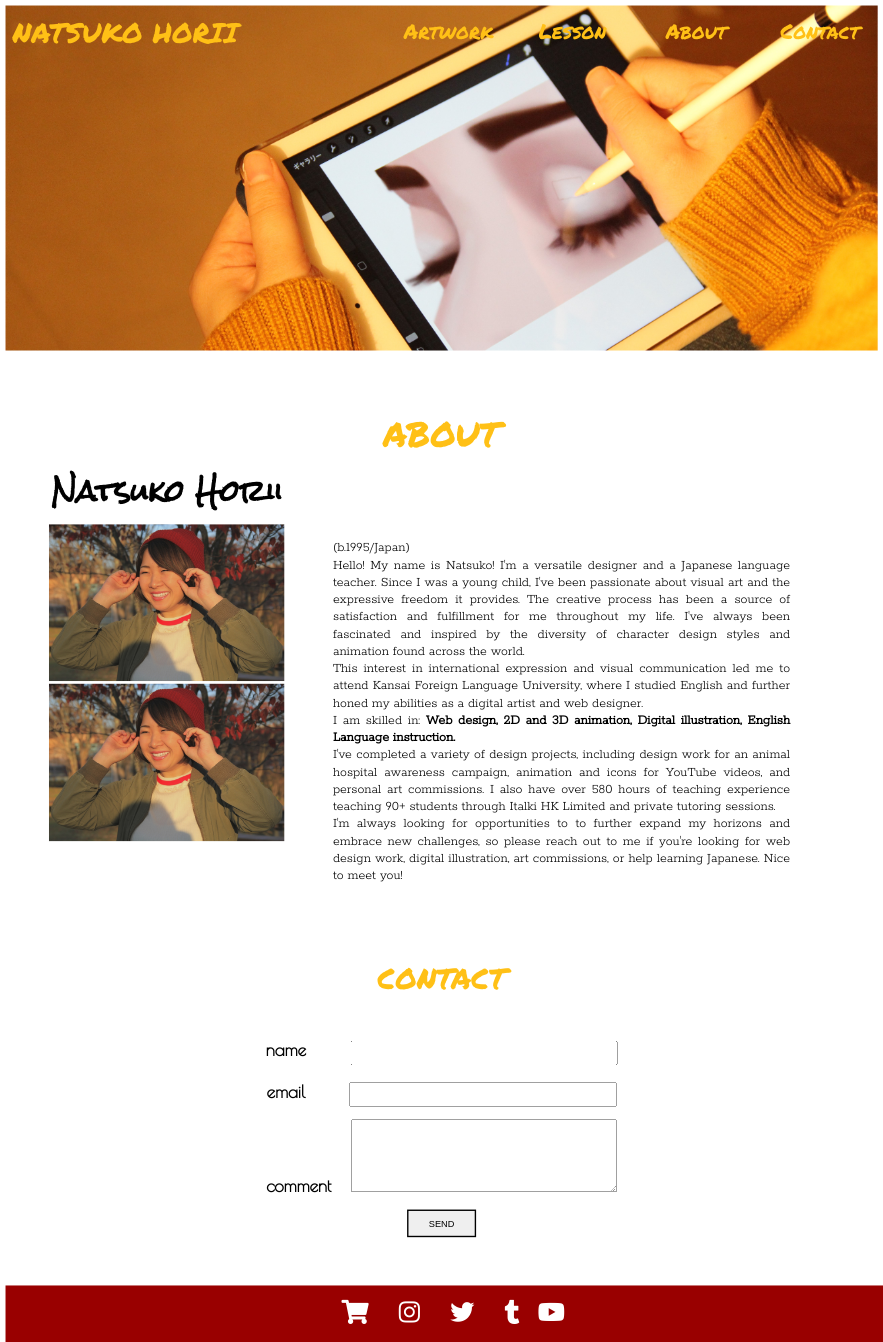
Repository: Natsuko0920/natsukohorii.github.io
Page: toppage/index.html
The author's editor kept a record of every edit. The page is drawn from the files as they stood at one moment, then again after the next edit.
The browser window is 1280 px wide. The pictures show the whole page, at 69% of full size.
Some web libraries are served in a nearby version.

Above is the page before.

### toppage/index.html
<!DOCTYPE html>
<html lang="ja">
<!--head-->
<head>
    <meta charset="utf-8">
    <title>NATSUKO HORII | ホリイ ナツコ</title>
    <meta name="description" content="Japanese artist / teacher / web designer / youtuber / creater ">
    <meta name="keywords" content="Natsuko Horii,natsukohorii,Horii Natsuko,ホリイナツコ,Japanese artist,artist,japanese illustrator,illustrator,イラストレーター,japanese teacher,naccchan sensei,なっちゃんせんせい,なっちゃん,nacchan,japanese youtuber">
    <meta name="viewport" content="width=device-width, initial-scale=1">
    <link rel="stylesheet" href="https://use.fontawesome.com/releases/v5.3.1/css/all.css" integrity="sha384-mzrmE5qonljUremFsqc01SB46JvROS7bZs3IO2EmfFsd15uHvIt+Y8vEf7N7fWAU" crossorigin="anonymous">
<!--put google font,font awesome-->
    <link href="https://fonts.googleapis.com/css?family=Permanent+Marker" rel="stylesheet">
    <link href="https://fonts.googleapis.com/css?family=Rock+Salt" rel="stylesheet">
    <link href="https://fonts.googleapis.com/css?family=Rokkitt:300" rel="stylesheet">
    <link href="https://fonts.googleapis.com/css?family=Poiret+One" rel="stylesheet">
    <meta http-equiv="Content-Type" content="text/html; charset=utf-8" />
    <link rel="stylesheet" href="index.css">
</head>
<!--header-->
<body>
    <header>
         <div class="title">
                      <div class="sign"><a href="../toppage/index.html">NATSUKO HORII</a></div>
        </div>
        <ul id="nav">
          <li><a href="../artwork/artwork.html" class="menubox">Artwork</a></li>
          <li><a href="../lesson/lesson.html" class="menubox">Lesson</a></li>
          <li><a href="#about" class="menubox">About</a></li>
          <li><a href="#contact" class="menubox">Contact</a></li>
         </ul>
    </header>
<main>
    <div class="toppage">
        <img src="../toppage/topimage.jpg">
    </div>
<!--about me-->
    <div class="titleabout" id="about">ABOUT</div>
    <div class="about">
      <div class="box1">
        <h1>Natsuko Horii</h1>
        <img class="profile" src="../toppage/profile2.jpg">
        <br>
                <img class="profile" src="../toppage/profile2.jpg">
      </div>
      <div class="box2">
         <h2>
             (b.1995/Japan)
             <br>Hello! My name is Natsuko! I'm a versatile designer and a Japanese language teacher. Since I was a young child, I've been passionate about visual art and the expressive freedom it provides. The creative process has been a source of satisfaction and fulfillment for me throughout my life.
I've always been fascinated and inspired by the diversity of character design styles and animation found across the world.
<br>This interest in international expression and visual communication led me to attend Kansai Foreign Language University, where I studied English and further honed my abilities as a digital artist and web designer.
<br>I am skilled in: <b>Web design, 2D and 3D animation, Digital illustration, English Language instruction.</b>
<br>I've completed a variety of design projects, including design work for an animal hospital awareness campaign, animation and icons for YouTube videos, and personal art commissions. I also have over 580 hours of teaching experience teaching 90+ students through Italki HK Limited and private tutoring sessions.
<br>I'm always looking for opportunities to to further expand my horizons and embrace new challenges, so please reach out to me if you're looking for web design work, digital illustration, art commissions, or help learning Japanese. Nice to meet you!
         </h2>
      </div>
    </div>
<!--contact-->
    <div class="contact">
        <div class="titleabout" id="contact">contact</div>
        <div class="box3">
        <form action="https://docs.google.com/forms/d/e/1FAIpQLScnhWgwTJQ7-fkn19yMeZQXZv_nZWPaMLcr0KuLvkTzsQe1-A/formResponse">
            <label for="name">name　</label>
            <input id="name" type"text" name="entry.1762694654" required/>
           <br><br><label for="email">email　</label>
           <input id="email" type="text" name="entry.1706581827" required/>
           <br><br><label for="msg">comment　</label>
           <textarea id="comment" name="entry.790994953" required/></textarea>
           <br><br><button type="submit" name="button" value="SEND" class="square_btn">SEND</button>
        </form>
       </div>
    </div>
</main>
<footer>
    <div class="linkbox">
      <a href="https://society6.com/natsuko_horii" target="blank" class="link"><i class="fas fa-shopping-cart">　</i></a>
      <a href="https://www.instagram.com/natsuko_horii/" target="blank" class="link"><i class="fab fa-instagram" aria-hidden="true">　</i></a>
      <a href="https://twitter.com/NatsukoHorii" target="blank" class="link"><i class="fab fa-twitter" aria-hidden="true">　</i></a>
      <a href="https://www.tumblr.com/blog/natsukohorii" target="blank" class="link"><i class="fab fa-tumblr" aria-hidden="true">　</i></a>
      <a href="https://www.youtube.com/user/hahaha365yeah/featured?disable_polymer=1" target="blank" class="link"><i class="fab fa-youtube" aria-hidden="true"></i></a>
    </div>
</footer>
</body>
</html>

### toppage/index.css
@media screen and (min-width:300px) and ( max-width:600px) {
 a:link {
      color:#FFC016;
    background-color: transparent;
    text-decoration: none;
}

a:visited {
    color:#FFC016;
    background-color: transparent;
    text-decoration: none;
}

a:active {
    color:#FFC016;
    background-color: transparent;
    text-decoration: none;
}

body{
    background-color:#f7f6de;
    margin:0;
}

.changeColor {
   background-color:#f5c16c;
}

header{
    width:100%;
    display:flex;
    position:absolute;
}

.title{
  width:50%;
  padding-bottom:5px;
}

.sign{
    font-family: 'Permanent Marker', cursive;
    font-size:10px;
    margin-left:10px;
    margin-top:15px;
          color:#FFC016
}

#nav{
  width:70%;
  list-style:none;
  display:flex;
  align-items: center;
  margin-right:10px;
}

#nav li{
  width:100%;
  font-family: 'Permanent Marker', cursive;
  font-size:10px;
  text-align:center;
}

#nav a {
  color:#FFC016;
}

.toppage img{
  width:100%;
}

.titleabout{
  font-family: 'Permanent Marker', cursive;
  font-size:20px;
  text-align:center;
    color:#FFC016;
    margin-top:20px;
}

.about{
  width:90%;
  margin:auto;
}

.box1{
  width:100%;
  margin-top:10px;
  margin:auto;
}

.box2{
  width:100%;
  margin-top:20px;
}

h1{
 font-family: 'Rock Salt', cursive;
 font-size:20px;
 margin:0;
 text-align:center;
}

h2{
  font-size:10px;
font-family: 'Rokkitt', serif;
  line-height: 10px;
  font-weight: lighter;
   text-align:justify;
}

.profile{
  width:100%;
  height:auto;
    margin:auto;
}

.contact{
  margin-top:10px;
  margin-bottom:70px;
}

.box3{
    margin-top:20px;
    text-align:center;
}

label{
     font-family: 'Poiret One', cursive;
     font-size:15px;
     font-weight:bold;
}

#name{
    margin:auto;
      width:50%;
      height:20px;
}

#email{
    margin:auto;
      width:50%;
      height:20px;
}

#comment{
    margin:auto;
      width:50%;
      height:50px;
}

.square_btn {
    display: inline-block;
    padding: 0.3em 1em;
    text-decoration: none;
    color: #990000;
    background:white;
    border: solid 2px #990000;
    border-radius: 3px;
    height:40px;
    width:100px;
    transition: .4s;
}

.linkbox{
  padding-top:20px;
  font-size:20px;
  text-align:center;
}

a.link {
  color:white;
}

footer{
  width:100%;
  background-color:#990000;
  margin:0;
  position:absolute;
  padding-bottom:30px;
}
}

@media screen and (min-width:600px) and ( max-width:960px) {
a:link {
      color:#FFC016;
    background-color: transparent;
    text-decoration: none;
}

a:visited {
    color:#FFC016;
    background-color: transparent;
    text-decoration: none;
}

a:active {
    color:#FFC016;
    background-color: transparent;
    text-decoration: none;
}

body{
    background-color:#f7f6de;
    margin:0;
}

header{
    width:100%;
    display:flex;
    position:absolute;
}

.title{
  width:50%;
  padding-bottom:5px;
}

.sign{
    font-family: 'Permanent Marker', cursive;
    font-size:25px;
    margin-left:10px;
    margin-top:15px;
          color:#FFC016
}

#nav{
  width:70%;
  list-style:none;
  display:flex;
  align-items: center;
  margin-right:10px;
}

#nav li{
  width:100%;
  font-family: 'Permanent Marker', cursive;
  font-size:20px;
  text-align:center;
}

#nav a {
  color:#FFC016;
}

.toppage img{
  width:100%;
}

.titleabout{
  font-family: 'Permanent Marker', cursive;
  font-size:50px;
  text-align:center;
    color:#FFC016;
    margin-top:60px;
}

.about{
  width:90%;
  margin:auto;
  display: flex;
  flex-wrap: wrap;
}

.box1{
  width:30%;
  margin-top:20px;
}

.box2{
  width:60%;
  margin-top:20px;
  margin-left:20px;
}

h1{
 font-family: 'Rock Salt', cursive;
 font-size:20px;
 margin:0;
 text-align:center;

}

h2{
  font-size:15px;
font-family: 'Rokkitt', serif;
  line-height: 15px;
  font-weight: lighter;
  margin-left:20px;
   text-align:justify;
}

.profile{
  width:100%;
  height:auto;
}

.contact{
  margin-top:10px;
  margin-bottom:70px;
}

.box3{
    margin-top:20px;
    text-align:center;
}

label{
     font-family: 'Poiret One', cursive;
     font-size:25px;
     font-weight:bold;
}

#name{
    margin-left:35px;
      width:50%;
      height:30px;

}

#email{
  margin-left:35px;
      width:50%;
      height:30px;
}

#comment{
      width:50%;
      height:100px;
}

.square_btn {
    display: inline-block;
    padding: 0.3em 1em;
    text-decoration: none;
    color: #990000;
    background:white;
    border: solid 2px #990000;
    border-radius: 3px;
    height:40px;
    width:100px;
    transition: .4s;
}

.linkbox{
  padding-top:20px;
  font-size:35px;
  text-align:center;
}

a.link {
  color:white;
}

footer{
  width:100%;
  background-color:#990000;
  margin:0;
  position:absolute;
  padding-bottom:30px;
}
}

@media screen and (min-width:960px) and ( max-width:1280px) {
a:link {
      color:#FFC016;
    background-color: transparent;
    text-decoration: none;
}

a:visited {
    color:#FFC016;
    background-color: transparent;
    text-decoration: none;
}

a:active {
    color:#FFC016;
    background-color: transparent;
    text-decoration: none;
}

body{
    background-color:#f7f6de;
    margin:0;
}

header{
    width:100%;
    display:flex;
    position:absolute;
}

.title{
  width:50%;
  padding-bottom:5px;
}

.sign{
    font-family: 'Permanent Marker', cursive;
    font-size:40px;
    margin-left:10px;
          color:#FFC016
}

#nav{
  width:70%;
  list-style:none;
  display:flex;
  align-items: center;
  margin-right:10px;
}

#nav li{
  width:100%;
  font-family: 'Permanent Marker', cursive;
  font-size:30px;
  text-align:center;
}

#nav a {
  color:#FFC016;
}

#nav a:hover{
  opacity:0.7;
}

.toppage img{
  width:100%;
  height:500px;
}

.titleabout{
  font-family: 'Permanent Marker', cursive;
  font-size:50px;
  text-align:center;
    color:#FFC016;
    margin-top:80px;
}

.about{
  width:90%;
  margin:auto;
  display:flex;
}

.box1{
  width:30%;
}

.box2{
  width:60%;
  margin-top:100px;
  margin-left:50px;
}

h1{
 font-family: 'Rock Salt', cursive;
 font-size:40px;
 margin:0;
 text-align:center;

}

h2{
  font-size:20px;
font-family: 'Rokkitt', serif;
  line-height: 25px;
  font-weight: lighter;
  margin-left:20px;
   text-align:justify;
}

.profile{
  width:100%;
  height:auto;

}

.contact{
  margin-top:50px;
  margin-bottom:70px;
}

.box3{
    margin-top:50px;

    text-align:center;
}

label{
     font-family: 'Poiret One', cursive;
     font-size:25px;
     font-weight:bold;
}

#name{
    margin-left:35px;
      width:30%;
      height:30px;

}

#email{
  margin-left:35px;
      width:30%;
      height:30px;
}

#comment{
      width:30%;
      height:100px;
}

.square_btn {
    display: inline-block;
    padding: 0.3em 1em;
    text-decoration: none;
    color: #990000;
    background:white;
    border: solid 2px #990000;
    border-radius: 3px;
    height:40px;
    width:100px;
    transition: .4s;
}

.square_btn:hover {
    background:#990000;
    color: white;
}

.linkbox{
  padding-top:20px;
  font-size:35px;
  text-align:center;
}

a.link {
  color:white;
}

a.link:hover{
  color:#FFC016;
}

footer{
  width:100%;
  background-color:#990000;
  margin:0;
  position:absolute;
  padding-bottom:30px;
}
}

@media screen and (min-width:1280px) {
 a:link {
      color:#FFC016;
    background-color: transparent;
    text-decoration: none;
}

a:visited {
    color:#FFC016;
    background-color: transparent;
    text-decoration: none;
}

a:active {
    color:#FFC016;
    background-color: transparent;
    text-decoration: none;
}

body{
    background-color:#f7f6de;
    margin:0;
    transition: 0.3s all;
}

.changeColor {
   background-color:#f5c16c;
}

header{
    width:100%;
    display:flex;
    position:absolute;
}

.title{
  width:50%;
  padding-bottom:5px;
}

.sign{
    font-family: 'Permanent Marker', cursive;
    font-size:40px;
    margin-left:10px;
    margin-top:10px;
          color:#FFC016
}

#nav{
  width:70%;
  list-style:none;
  display:flex;
  align-items: center;
  margin-right:10px;
}

#nav li{
  width:100%;
  font-family: 'Permanent Marker', cursive;
  font-size:30px;
  text-align:center;
}

#nav a {
  color:#FFC016;
}

#nav a:hover{
  opacity:0.7;
}

.toppage img{
  width:100%;
}

.titleabout{
  font-family: 'Permanent Marker', cursive;
  font-size:50px;
  text-align:center;
    color:#FFC016;
    margin-top:80px;
}

.about{
  width:90%;
  margin:auto;
  display:flex;
}

.box1{
  width:30%;
}

.box2{
  width:60%;
  margin-top:100px;
  margin-left:50px;
}

h1{
 font-family: 'Rock Salt', cursive;
 font-size:40px;
 margin:0;
 text-align:center;

}

h2{
  font-size:20px;
font-family: 'Rokkitt', serif;
  line-height: 25px;
  font-weight: lighter;
  margin-left:20px;
   text-align:justify;
}

.profile{
  width:100%;
  height:auto;

}

.contact{
  margin-top:50px;
  margin-bottom:70px;
}

.box3{
    margin-top:50px;

    text-align:center;
}

label{
     font-family: 'Poiret One', cursive;
     font-size:25px;
     font-weight:bold;
}

#name{
    margin-left:35px;
      width:30%;
      height:30px;

}

#email{
  margin-left:35px;
      width:30%;
      height:30px;
}

#comment{
      width:30%;
      height:100px;
}

.square_btn {
    display: inline-block;
    padding: 0.3em 1em;
    text-decoration: none;
    color: #990000;
    background:white;
    border: solid 2px #990000;
    border-radius: 3px;
    height:40px;
    width:100px;
    transition: .4s;
}

.square_btn:hover {
    background:#990000;
    color: white;
}

.linkbox{
  padding-top:20px;
  font-size:35px;
  text-align:center;
}

a.link {
  color:white;
}

a.link:hover{
  color:#FFC016;
}

footer{
  width:100%;
  background-color:#990000;
  margin:0;
  position:absolute;
  padding-bottom:30px;
}
}

After the next edit:
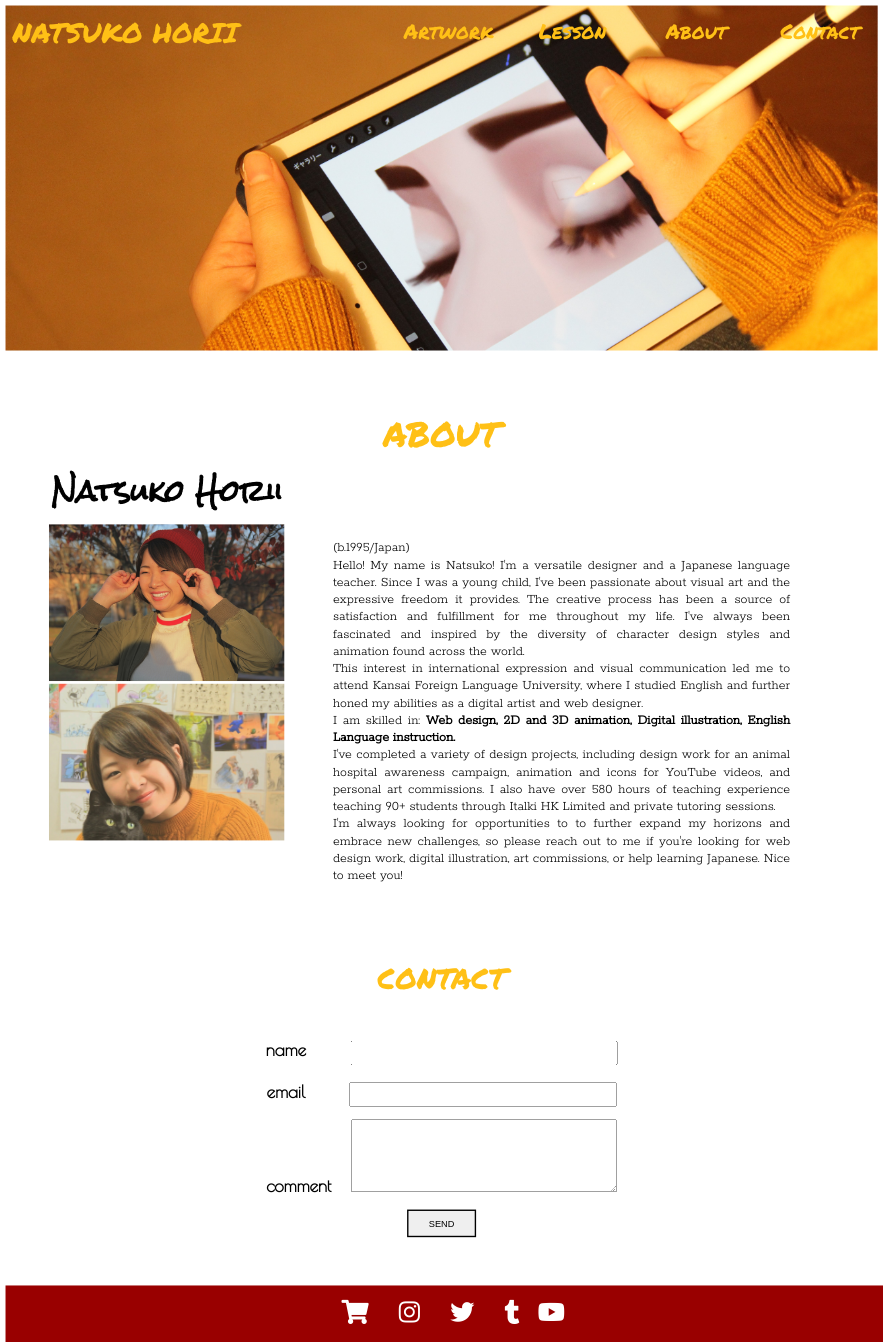
The edit:
--- a/toppage/index.html
+++ b/toppage/index.html
@@ -40,7 +40,7 @@
         <h1>Natsuko Horii</h1>
         <img class="profile" src="../toppage/profile2.jpg">
         <br>
-                <img class="profile" src="../toppage/profile2.jpg">
+                <img class="profile" src="../toppage/profile.jpg">
       </div>
       <div class="box2">
          <h2>
